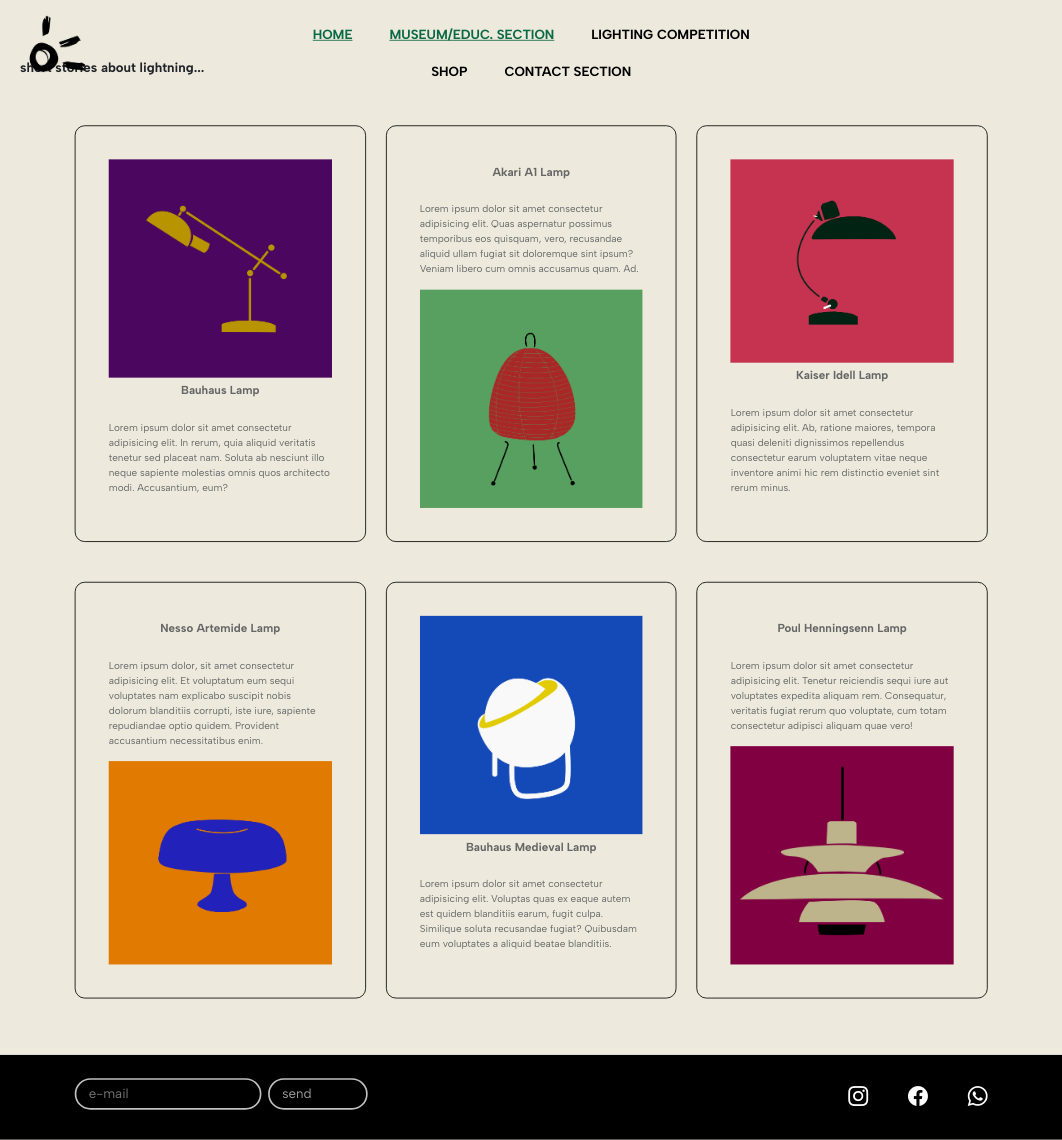
Repository: veronicamdiaz/Landing-Page-Practices
Page: museum-educational-section.html
These files come from the project's save history. The page is drawn as it stood at one moment and after the next save; the edit follows.
The browser window is 1280 px wide. The pictures show the whole page, at 83% of full size.

Above is the page before, as saved 2025-05-14 23:33:07.
Console error: TypeError: Cannot read properties of null (reading 'addEventListener')

### museum-educational-section.html
<!DOCTYPE html>
<html lang="pt-BR">
<head>
    <meta http-equiv="X-UA-Compatible" content="IE=edge">
    <meta name="viewport" content="width=device-width, initial-scale=1.0">
    <title>Landing Page</title>
    <link rel="stylesheet" href="https://cdn.jsdelivr.net/npm/bootstrap@5.3.3/dist/css/bootstrap.min.css">
    <link rel="preconnect" href="https://fonts.googleapis.com">
    <link rel="preconnect" href="https://fonts.gstatic.com" crossorigin>
    <link href="https://fonts.googleapis.com/css2?family=Pacifico&family=Roboto:wght@400;700&display=swap" rel="stylesheet">
    <link rel="stylesheet" href="https://cdn.jsdelivr.net/npm/bootstrap-icons@1.11.3/font/bootstrap-icons.min.css">
    <link href="https://fonts.googleapis.com/css2?family=Albert+Sans:ital,wght@0,100..900;1,100..900&family=Pacifico&family=Roboto+Slab:wght@100..900&family=Roboto:ital,wght@0,100;0,300;0,400;0,500;0,700;0,900;1,100;1,300;1,400;1,500;1,700;1,900&display=swap" rel="stylesheet">
    <link rel="stylesheet" href="main.css">
</head>

<header id="home-page">
    <div class="site-logo">
        <a href="index.html">
            <img src="images/logo-site.png" alt="Lightning Design Lab Logo" class="logo-img">
        </a>
    </div>

    <div class="menu" data-bs-target="#cabecalho" da
    ta-bs-smooth-scroll="true">
        <nav id="cabecalho" class="mb-2 px-4">
            <a href="index.html" class="nav-link-active" data-bs-toggle="tab" data-bs-target="#home-page">HOME</a>
            <a href="museum-educational-section.html" class="nav-link-active" data-bs-toggle="tab" data-bs-target="#museum-educational-section">MUSEUM/EDUC. SECTION</a>
            <a href="#competition-section" class="nav-link" data-bs-toggle="tab" data-bs-target="#competition-section">LIGHTING COMPETITION</a>
            <a href="shop-section.html" class="nav-link" data-bs-toggle="tab" data-bs-target="#shop-section">SHOP</a>
            <a href="#contact-section" class="nav-link" data-bs-toggle="tab" data-bs-target="#contact-section">CONTACT SECTION</a>
        </nav>
    </div>
</header>


<section id="museum-educational-section">
    <h2 class="section-title mb-3 mt-2 md-0 p-4">short stories about lightning...</h2>
    <div class="container">
    <div class="row">
        <div class="col-md-4 col-12 mb-5 p-6">
            <div class="card bg-transparent">
                <img src="/images/lights drawings-03.jpg" alt="bauhaus-lamp">
                <h3 class="pb-2 pt-2">Bauhaus Lamp</h3>
                <p>Lorem ipsum dolor sit amet consectetur adipisicing elit. In rerum, quia aliquid veritatis tenetur sed placeat nam. Soluta ab nesciunt illo neque sapiente molestias omnis quos architecto modi. Accusantium, eum?</p>
            </div>
        </div>
        <div class="col-md-4 col-12 mb-5 p-6">
            <div class="card bg-transparent">
                <h3 class="pb-2 pt-2">Akari A1 Lamp</h3>
                <p>Lorem ipsum dolor sit amet consectetur adipisicing elit. Quas aspernatur possimus temporibus eos quisquam, vero, recusandae aliquid ullam fugiat sit doloremque sint ipsum? Veniam libero cum omnis accusamus quam. Ad.</p>
                <img src="/images/lights drawings-02.jpg" alt="akari-lamp" class="img-fluid">
            </div>
        </div>
        <div class="col-md-4 col-12 mb-5 p-6">
            <div class="card bg-transparent">
                <img src="/images/lights drawings-04.jpg" alt="kaiser-idell-lamp" class="img-fluid">
                <h3 class="pb-2 pt-2">Kaiser Idell Lamp</h3>
                <p>Lorem ipsum dolor sit amet consectetur adipisicing elit. Ab, ratione maiores, tempora quasi deleniti dignissimos repellendus consectetur earum voluptatem vitae neque inventore animi hic rem distinctio eveniet sint rerum minus.</p>
            </div>
        </div>
        <div class="col-md-4 col-12 mb-5 p-6">
            <div class="card bg-transparent">
                <h3 class="pb-2 pt-2">Nesso Artemide Lamp</h3>
                <p>Lorem ipsum dolor, sit amet consectetur adipisicing elit. Et voluptatum eum sequi voluptates nam explicabo suscipit nobis dolorum blanditiis corrupti, iste iure, sapiente repudiandae optio quidem. Provident accusantium necessitatibus enim.</p>
                <img src="/images/lights drawings2-03.jpg" alt="nesso-artemide-lamp" class="img-fluid">
            </div>
        </div>
        <div class="col-md-4 col-12 mb-5 p-6">
            <div class="card bg-transparent">
                <img src="/images/lights drawings2-04.jpg" alt="bauhaus-medieval-lamp" class="img-fluid">
                <h3 class="pb-2 pt-2">Bauhaus Medieval Lamp</h3>
                <p>Lorem ipsum dolor sit amet consectetur adipisicing elit. Voluptas quas ex eaque autem est quidem blanditiis earum, fugit culpa. Similique soluta recusandae fugiat? Quibusdam eum voluptates a aliquid beatae blanditiis.</p>
            </div>
        </div>
        <div class="col-md-4 col-12 mb-5 p-6">
            <div class="card bg-transparent">
                <h3 class="pb-2 pt-2">Poul Henningsenn Lamp</h3>
                <p>Lorem ipsum dolor sit amet consectetur adipisicing elit. Tenetur reiciendis sequi iure aut voluptates expedita aliquam rem. Consequatur, veritatis fugiat rerum quo voluptate, cum totam consectetur adipisci aliquam quae vero!</p>
                <img src="/images/lights drawings_Prancheta 1.jpg" alt="Imagem 6" class="img-fluid">
            </div>
        </div>
    </div>
</div>
</section>

<footer class="bg-black py-2">
    <div class="container d-flex justify-content-between align-items-center flex-column flex-md-row">
        <div class="d-flex gap-2 align-items-center mb-2">
            <input type="email" class="btn btn-secondary" placeholder="e-mail" required
                style="border: 2px solid rgb(192, 192, 192); border-radius: 20px; background-color: black; padding: 5px 15px; min-width: 120px; text-align: left; color: rgb(155, 155, 155);">
            <button type="submit" class="btn btn-secondary"
                style="border: 2px solid rgb(192, 192, 192); border-radius: 20px; background-color: black; padding: 5px 15px; min-width: 120px; text-align: left; color: rgb(155, 155, 155);">
                send
            </button>
        </div>
        <div class="d-flex gap-5 align-items-center">
            <a href="https://www.instagram.com" target="_blank" class="text-white">
                <i class="bi bi-instagram" style="font-size: 1.5rem;"></i>
            </a>
            <a href="https://www.facebook.com" target="_blank" class="text-white">
                <i class="bi bi-facebook" style="font-size: 1.5rem;"></i>
            </a>
            <a href="https://wa.me/" target="_blank" class="text-white">
                <i class="bi bi-whatsapp" style="font-size: 1.5rem;"></i>
            </a>
        </div>
    </div>
</footer>


<script src="script.js"></script>

<script>
    document.addEventListener("DOMContentLoaded", function () {
        const navLinks = document.querySelectorAll(".nav-link");

        // Ativa o link clicado e armazena no localStorage
        navLinks.forEach(link => {
            link.addEventListener("click", function (e) {
                // Armazena qual link foi clicado no localStorage
                localStorage.setItem('activeLink', e.target.getAttribute('href'));
                // Adiciona a classe de ativo
                navLinks.forEach(l => l.classList.remove("nav-link-active"));
                e.target.classList.add("nav-link-active");
            });
        });

        // Verifica se há um link ativo armazenado no localStorage
        const activeLink = localStorage.getItem('activeLink');
        if (activeLink) {
            // Remove a classe 'nav-link-active' de todos os links
            navLinks.forEach(link => link.classList.remove("nav-link-active"));
            // Adiciona a classe 'nav-link-active' ao link armazenado
            document.querySelector(`a[href="${activeLink}"]`)?.classList.add("nav-link-active");
        }
    });
</script>
</body>
</html>

### main.css
html, body {
    height: 100%;
    margin: 0;
    display: flex;
    flex-direction: column;
}

body {
    background-color: #EDEADD;
    font-family: sans-serif;
    flex: 1;
}

main {
    z-index: 5;
    flex: 1; /* ocupa todo o espaço entre o header e o footer */
    display: flex;
    flex-direction: column;
    background-color: transparent;
}

.section-title {
    font-size: 18px;
    font-weight: 400;
}

header {
    height: auto;
    position: relative;
    display: flex;
    flex-direction: column;
    align-items: center;
    padding-bottom: 40px; /* ou ajuste conforme necessário */

}

.site-logo {
    z-index: 100; /* Aumente se necessário */
    position: fixed;
    top: 10px;
    left: 20px;
}

.interaction-section {
    z-index: 5;
}

.logo-img {
    height: auto;
    display: block;
}

.container {
    padding: 20px;
}

/* #webgl-container {
    display: flex;
    justify-content: center;
    align-items: center;
    width: 100%;
    height: 100%;
    overflow: hidden;
    background-color: #f5f5f5;
} */

#home-page {
    width: 100%;
    justify-content: center;
    align-items: center;
}



/* .square {
    width: 200px;
    height: 200px;
    background-color: rgb(255, 255, 255);
    position: relative;
} */

.square::before,
.square::after {
    content: "";
    position: absolute;
    width: 100%;
    height: 1px;
}

/* .square::before {
    top: 50%;
    transform: translateY(-50%);
    transform-origin: left;
    transform: rotate(45deg);
}

.square::after {
    left: 50%;
    transform: translateX(-50%);
    transform-origin: top;
    transform: rotate(-45deg);
}
*/
nav {
    font-family: 'Albert Sans';
    font-weight: bold;
    left: 50%;
    top: 10px; /* Mantém um pequeno espaçamento do topo */
    transform: translateX(-50%);
    gap: 20px;
    display: inline-block;
    font-size: 16px;
    align-items: center;
    justify-content: center;
    z-index: 10;
    padding: 10px 20px;
    height: auto;
}


nav a {
    text-decoration: none;
    font-weight: bold;
    background-color: none;
    height: auto !important;
}

.nav-link {
    color: black; /* Cor padrão */
    transition: color 0.3s ease;
}

.nav-link-active {
    color: #0b6945 !important; /* Cor do botão ativo */
    font-weight: bold;
    text-decoration: underline;
}


#cabecalho {
    position: fixed;
    text-align: center; /* Centraliza os links */
    height: auto;
    gap: 20px;
    z-index: 10px;
}

#cabecalho a {
    display: inline-block;
    padding: 10px 20px; /* Para não ficarem colados */
    height: auto;
}

.card {
    display: flex;
    align-items: center;
    padding: 40px;
    width: 100%;
    height: 100%;
    max-width: 1200px;
    margin: 0 auto;
    border-radius: 12px;
    border: 1px solid black;
}

.row {
    flex-wrap: wrap; /* Para quebrar corretamente em telas pequenas */
    justify-content: space-between; /* Garante espaçamento uniforme */
}

.card img {
    background-color: none;
    width: 100%;
    height: 100%;
    object-fit: cover;
}

.card h3 {
    font-size: 14px;
    font-family: 'Albert Sans';
    color: #666;
    font-weight: bold;
}
.card p {
    margin-top: 10px;
    font-size: 12px;
    color: #666;
    font-family: 'Albert Sans';
}

.card.reverse {
    flex-direction: column-reverse;
}

.section-title {
    font-family: 'Albert Sans';
    font-weight: bold;
    font-size: 1em;
}

#nova-secao {
    font-family: 'Albert Sans';
}

.text-white {
    font-family: 'Albert Sans';
    font-size: .3em;
    font-weight: bold;
    color: white;
}


.btn-seemore {
    text-transform: uppercase;
    text-decoration: underline;
    background: none;
    border: none;
    color: white;
    font-size: 1rem;
    cursor: pointer;
}

.card-label {
    font-family: 'Albert Sans', sans-serif;
    font-size: 0.9rem;
    color: #999;
    letter-spacing: 1px;
    margin-bottom: 2px; /* Diminuir aqui! */
}


.custom-card img {
    width: 40%;
    max-width: 300px;
    object-fit: cover;
}

.custom-card .card-content {
    width: 60%;
    padding: 20px;
}

.custom-card h3 {
    font-weight: bold;
    margin-bottom: 8px;
    font-size: 18px;
}

.custom-card.left {
    flex-direction: row;
    border: 1px solid black;
    background-color: transparent;
}

.custom-card.right {
    flex-direction: row-reverse;
    border: 1px solid black;
    background-color: transparent;
}

.custom-card p {
    font-size: 14px;
    line-height: 1.6;
}

.card-label {
    font-size: 14px;
    line-height: 1.6;
    font-family: 'Albert Sans';
}


footer {
    padding: 2px 0; /* Reduzindo a altura do footer */
    font-size: 0.8rem; /* Diminuindo tamanho do texto */
    font-family: 'Albert Sans', sans-serif;
}

.icon {
    max-width: 30px; /* Ajuste o tamanho máximo conforme necessário */
    max-height: 30px; /* Ajuste o tamanho máximo conforme necessário */
    width: auto; /* Mantém a proporção */
    height: auto; /* Mantém a proporção */
    object-fit: contain; /* Garante que a imagem se ajuste ao espaço sem distorção */
    margin-bottom: 10px;
}


#competition-section .container {
    width: 100vw;
    overflow: hidden;
}

#img-interativa {
    width: 100%;
    object-fit: cover;
    display: block;
}



@media (max-width: 768px) {
    .site-logo {
        top: 5px;
        left: 10px;
        position: fixed;
    }

    .logo-img {
        width: 40px;
    }

    nav {
        position: fixed;
        font-family: 'Albert Sans';
        font-weight: bold;
        gap: 20px;
        font-size: 10px;
        justify-content: center;
        text-align: right;
        display: flex;
        z-index: 1;
        padding: 4px 12px;
    }

    .home-image {
        width: 100%;
        height: auto;
        content: (url(images/fundositemenor_prancheta.png));
        }

    #home-page {
        justify-content: center;
        align-items: center;
    }

    .img-responsiva {
        height: auto;
    }

    .nav-links {
        flex-direction: column;
        gap: 15px;
        text-align: center;
    }

    .navbar-toggler {
        display: block; /* Mostra o botão hambúrguer */
        background: none;
        border: none;
        cursor: pointer;
    }

    .navbar-toggler i {
        color: black;
    }


    .card {
        text-align: center;
        flex-direction: column;
    }

    .card img {
        width: 70%;
    }

    .card .card-content {
        width: 70%;
    }

    .custom-card {
        flex-direction: column !important;
        text-align: center;
    }

    .custom-card img {
        width: 70%;
    }

    .custom-card .card-content {
        width: 70%;
    }


    footer .container {
        flex-direction: column;
        text-align: center;
    }

    footer form {
        flex-direction: column;
        width: 70%;
        align-items: center;
    }

    footer form input,
    footer form button {
        width: 90%; /* Mantém a aparência proporcional */
    }

    footer .d-flex.gap-5 {
        gap: 20px; /* Ajusta o espaçamento dos ícones */
        justify-content: center;
        margin-top: 10px;
    }
}

### script.js
document.addEventListener('DOMContentLoaded', function () {
  // Código para a troca de imagem
  const imagem = document.getElementById('img-interativa');
  let estado = 'inicial';

  console.log('Imagem carregada:', imagem);

  imagem.addEventListener('click', function () {
    console.log('Imagem clicada. Estado atual:', estado);

    if (estado === 'inicial') {
      imagem.src = './images/lights drawings2-05-05.jpg';
      estado = 'alterada';
    } else {
      imagem.src = './images/lights drawings2-09-09.jpg';
      estado = 'inicial';
    }

    console.log('Novo estado:', estado);
  });
});

function updateImage() {
  let homeImage = document.querySelector('.home-image');
  if (window.innerWidth <= 768) {
      homeImage.src = "images/fundositemenor_prancheta.png"; // Imagem menor
  } else {
      homeImage.src = "images/fundosite.png"; // Imagem padrão
  }
}

document.addEventListener("DOMContentLoaded", function () {
  const navLinks = document.querySelectorAll(".nav-link");
  const currentURL = window.location.pathname.split("/").pop(); // Pega só o nome do arquivo, ex: 'shop-section.html'

  navLinks.forEach(link => {
    const linkHref = link.getAttribute("href");

    // Verifica se o link aponta para a mesma página
    if (
      linkHref === currentURL ||                     // Exato match
      (linkHref === "index.html" && currentURL === "") || // Caso especial para index
      (linkHref !== "#" && currentURL.includes(linkHref)) // Links internos com hash (#)
    ) {
      link.classList.add("nav-link-active");
    } else {
      link.classList.remove("nav-link-active");
    }
  });
});


// Verifica quando a página carrega
window.onload = updateImage;

// Verifica quando a tela redimensiona
window.onresize = updateImage;

// <-- Fechando corretamente a função de 'DOMContentLoaded'


  /*
  // Inicialização do modelo 3D
  let mouseX = 0, mouseY = 0;
  const container = document.getElementById('webgl-container');
  const renderer = new THREE.WebGLRenderer({ antialias: true });
  renderer.setSize(window.innerWidth, window.innerHeight);
  container.appendChild(renderer.domElement);  // Adiciona o renderizador dentro de #webgl-container

  const scene = new THREE.Scene();

  // Criar um cubo maior
  const geometry = new THREE.BoxGeometry(2, 2, 2); // Aumentei o tamanho do cubo (2x2x2)
  const material = new THREE.MeshStandardMaterial({ color: 0x00ff00, roughness: 0.5, metalness: 0.7 });
  const cube = new THREE.Mesh(geometry, material);
  scene.add(cube);
  scene.background = new THREE.Color(0xF5F5F5);  // Cor de fundo #F5F5F5

   // Definir a posição do cubo para ficar mais para cima
   cube.position.y = 1; // Aqui é onde ajustamos a posição vertical do cubo

   // Melhorar a qualidade aumentando a resolução
  renderer.setPixelRatio(window.devicePixelRatio); // Usa a resolução nativa do dispositivo

  // Câmera
  const camera = new THREE.PerspectiveCamera(75, window.innerWidth / window.innerHeight, 0.1, 1000);
  camera.position.z = 5;  // Posicionando a câmera para visualizar o cubo maior

  // Adicionar luz ambiente
  const light = new THREE.AmbientLight(0x404040); // luz suave
  scene.add(light);

  // Adicionar luz direcional
  const directionalLight = new THREE.DirectionalLight(0xffffff, 1);
  directionalLight.position.set(5, 5, 5).normalize();
  scene.add(directionalLight);

  // Função de animação
  function animate() {
    requestAnimationFrame(animate);

    // A rotação do cubo será controlada pela posição do mouse
    cube.rotation.x = mouseY * Math.PI; // Multiplica a posição Y do mouse por pi
    cube.rotation.y = mouseX * Math.PI; // Multiplica a posição X do mouse por pi

    renderer.render(scene, camera);
  }

  animate();

  // Função para ajustar o tamanho do renderizador e atualizar a câmera
function onWindowResize() {
  const width = window.innerWidth;
  const height = window.innerHeight;

  // Atualiza as proporções da câmera
  camera.aspect = width / height;
  camera.updateProjectionMatrix();

  // Ajusta o tamanho do renderizador
  renderer.setSize(width, height);
}

// Adiciona um event listener para chamar a função sempre que a janela for redimensionada
window.addEventListener('resize', onWindowResize, false);

// Chama a função uma vez para configurar inicialmente
onWindowResize();

  // Redimensionar o renderizador quando a janela for redimensionada
  window.addEventListener('resize', () => {
    renderer.setSize(window.innerWidth, window.innerHeight);
    camera.aspect = window.innerWidth / window.innerHeight;
    camera.updateProjectionMatrix();
  });

  // Captura o movimento do mouse
  function onMouseMove(event) {
    // Normaliza a posição do mouse (de -1 a 1 para cada eixo)
    mouseX = (event.clientX / window.innerWidth) * 2 - 1;
    mouseY = -(event.clientY / window.innerHeight) * 2 + 1;
  }

  // Adiciona o ouvinte para o movimento do mouse
  window.addEventListener('mousemove', onMouseMove, false);
});

*/

After the next save:
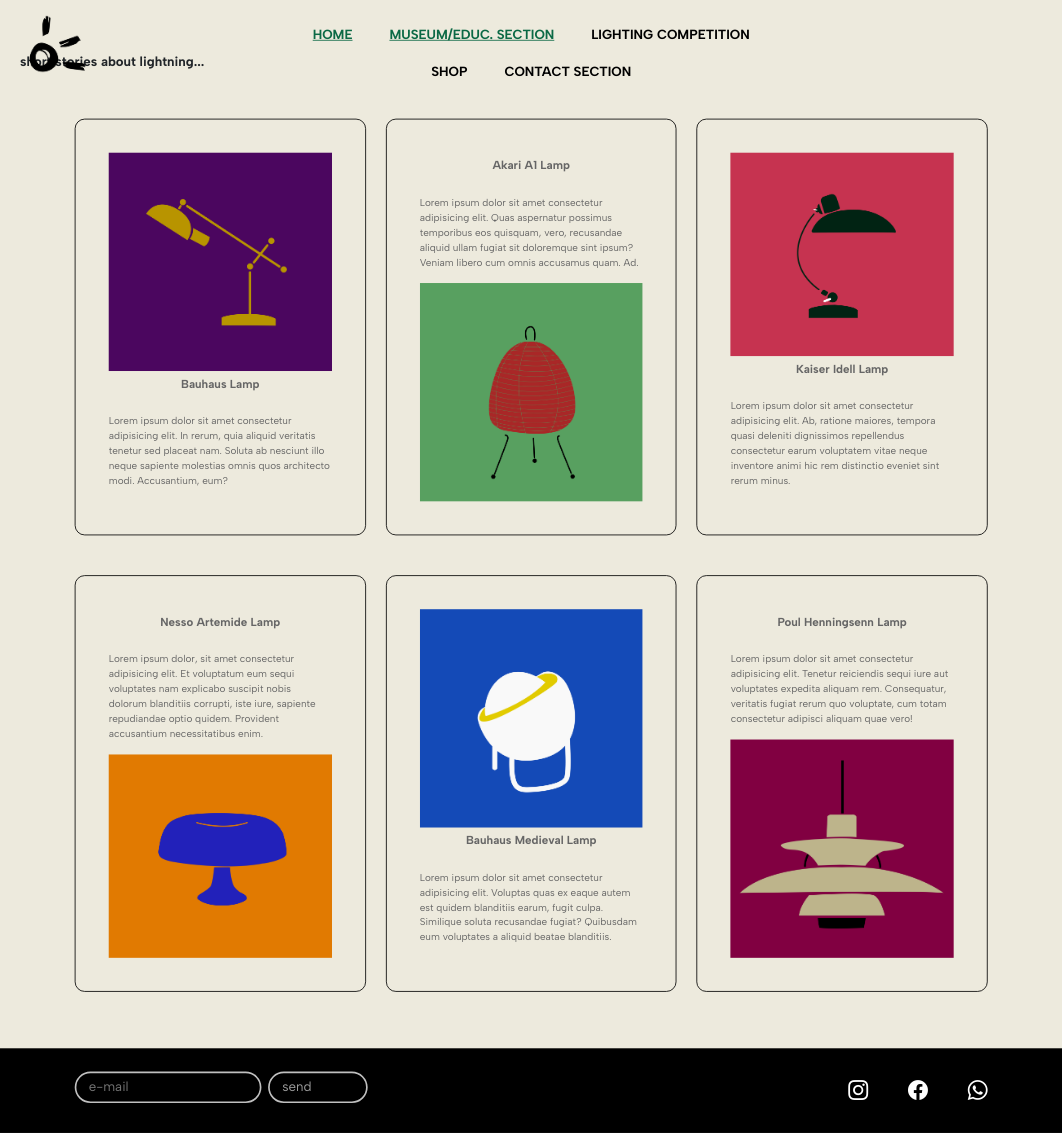
Saved 14 s later.
--- a/museum-educational-section.html
+++ b/museum-educational-section.html
@@ -34,7 +34,7 @@
 
 
 <section id="museum-educational-section">
-    <h2 class="section-title mb-3 mt-2 md-0 p-4">short stories about lightning...</h2>
+    <h2 class="section-title mb-3 p-4">short stories about lightning...</h2>
     <div class="container">
     <div class="row">
         <div class="col-md-4 col-12 mb-5 p-6">
